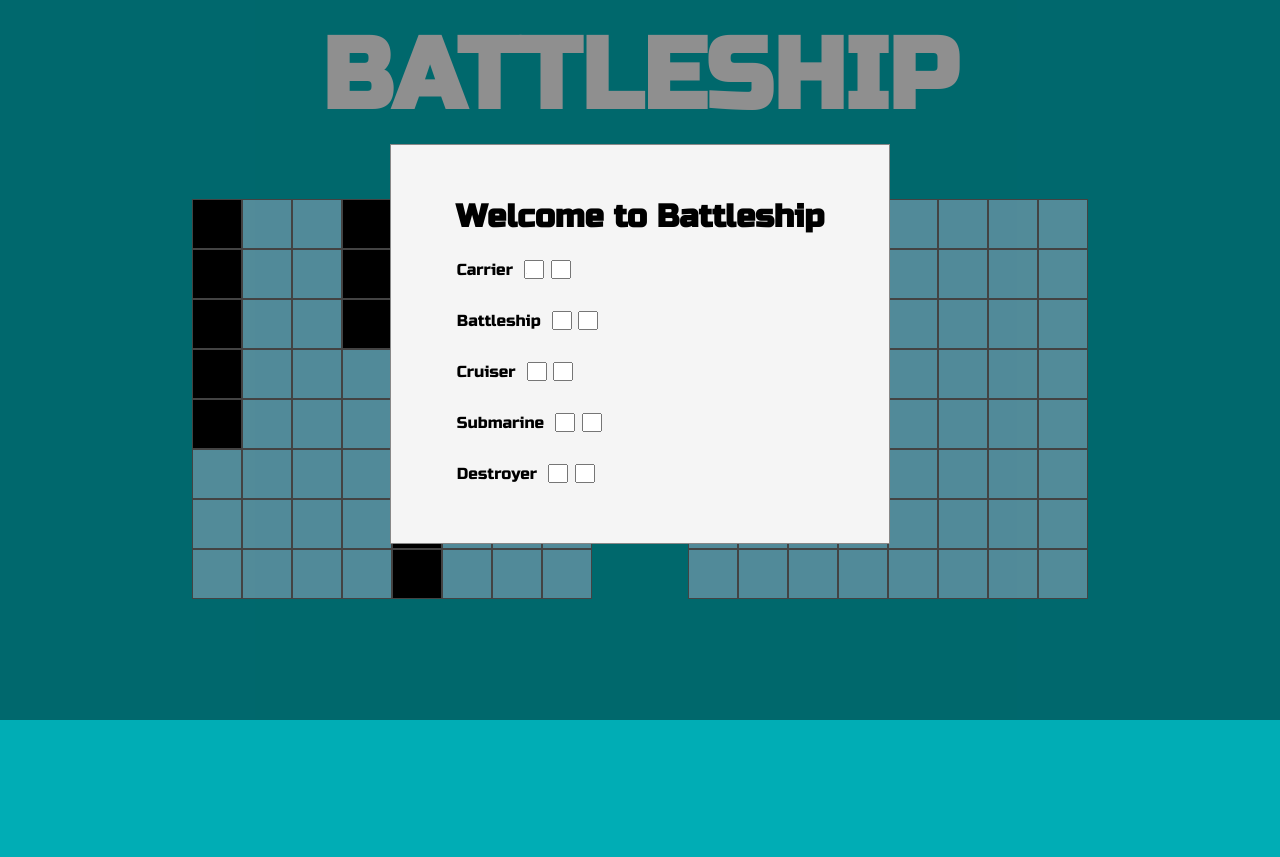
Repository: AzharMoosa/battleship
Page: /
The author's editor kept a copy of each file at every save. The page is drawn from the files as they stood at one save, then again after the next save.
The browser window is 1280 px wide. The pictures show the whole page.
The project was rebuilt for these pictures with package versions that can differ from the ones it lists, and the page was loaded fresh each time.

Above is the page before, as saved 2020-07-09 10:15:34.

### src/App.js
import React from "react";
import Header from "./components/Header";
import Board from "./components/Board";
import { PlayersProvider } from "./context/PlayersContext";
import "./App.css";

function App() {
  return (
    <PlayersProvider>
      <div>
        <Header />
        <Board />
      </div>
    </PlayersProvider>
  );
}

export default App;

### src/components/Header.js
import React from "react";

const Header = () => {
  return (
    <div className='header'>
      <h1>Battleship</h1>
    </div>
  );
};

export default Header;

### src/components/Board.js
import React, { useState, Fragment } from "react";
import Square from "./Square";
import PlainSquare from "./PlainSquare";
import Player from "../functions/Player";
import Gameboard from "../functions/Gameboard";
import Overlay from "./Overlay";
import HitMiss from "./HitMiss";
import PlaceShip from "./PlaceShip";
import { v4 as uuidv4 } from "uuid";

const Board = () => {
  // eslint-disable-next-line
  const [player, setPlayer] = useState(Player(false));
  // eslint-disable-next-line
  const [computer, setComputer] = useState(Player(true));
  const [playerBoard, setPlayerBoard] = useState(Gameboard());
  const [computerBoard, setComputerBoard] = useState(Gameboard());
  const [playerTurn, setPlayerTurn] = useState(true);

  const getOutcome = (hit) => {
    let outcome = document.querySelector(".hit-miss-outcome");
    if (hit === true) {
      outcome.innerHTML = "Hit!";
    } else {
      outcome.innerHTML = "Miss!";
    }
  };

  const startGame = () => {
    playerBoard.placeShip(0, 0, player.ships[0], 1);
    playerBoard.placeShip(4, 4, player.ships[1], 1);
    playerBoard.placeShip(3, 0, player.ships[2], 1);
    playerBoard.placeShip(5, 0, player.ships[3], 1);
    playerBoard.placeShip(7, 0, player.ships[4], 1);

    computerBoard.placeShip(0, 0, computer.ships[0], 0);
    computerBoard.placeShip(4, 2, computer.ships[1], 0);
    computerBoard.placeShip(0, 3, computer.ships[2], 0);
    computerBoard.placeShip(3, 5, computer.ships[3], 0);
    computerBoard.placeShip(0, 7, computer.ships[4], 0);
  };

  const getBoardElm = (elm) => {
    if (elm !== "") {
      return "square ship";
    } else {
      return "square";
    }
  };

  const displayModal = (name) => {
    let modal = document.querySelector(".modal");
    let title = document.querySelector(".winner-name");
    let overlay = document.querySelector(".overlay");
    modal.style.display = "block";
    overlay.style.display = "none";
    if (name === "Computer") {
      title.innerHTML = "Computer Wins";
    } else if (name === "Player") {
      title.innerHTML = "Player Wins";
    }
  };

  const resetGame = () => {
    setPlayer(Player(false));
    setComputer(Player(true));
    setPlayerBoard(Gameboard());
    setComputerBoard(Gameboard());
    setPlayerTurn(true);
    let modal = document.querySelector(".modal");
    let overlay = document.querySelector(".overlay");
    let outcome = document.querySelector(".hit-miss-outcome");
    modal.style.display = "none";
    overlay.style.display = "grid";
    outcome.innerHTML = "";
  };

  const gameOver = () => {
    if (playerBoard.allShipSunk(player.ships)) {
      displayModal("Computer");
    } else if (computerBoard.allShipSunk(computer.ships)) {
      displayModal("Player");
    }
  };

  const attackComputer = (e) => {
    if (playerTurn === true) {
      let updatedBoard = computerBoard;
      // Get Coord
      let coords = e.target.id.split(",");
      let x = coords[1];
      let y = coords[0];
      player.attackEnemy(updatedBoard, parseInt(x), parseInt(y));
      if (computerBoard.grid[x][y] === "") {
        e.target.classList.add("ship-miss");
        getOutcome(false);
      } else {
        e.target.classList.add("ship-hit");
        getOutcome(true);
      }
      setComputerBoard(updatedBoard);
      setPlayerTurn(false);
    }
    computerTurn();
  };

  const computerTurn = () => {
    if (playerTurn === true) {
      let updatedBoard = playerBoard;
      let randomCoords = computer.getRandomCoords();
      let square = document.getElementById(randomCoords);
      let coords = randomCoords.split(",");
      let x = coords[1];
      let y = coords[0];
      computer.computerAttack(updatedBoard, x, y);
      if (playerBoard.grid[x][y] === "") {
        square.classList.add("ship-miss");
      } else {
        square.classList.add("ship-hit");
      }
      gameOver();
      setPlayerBoard(updatedBoard);
      setPlayerTurn(true);
    }
  };

  return (
    <Fragment>
      <PlaceShip />
      <div className='container'>
        <HitMiss />
        <div className='game-boards'>
          {startGame()}
          <div className='game-board'>
            {playerBoard.grid.map((col, j) =>
              col.map((elm, i) => (
                <Square
                  key={uuidv4()}
                  elm={elm}
                  getBoardElm={getBoardElm}
                  id={`${i},${j}`}
                />
              ))
            )}
          </div>

          <div className='comp'>
            <div className='game-board comp-board'>
              {computerBoard.grid.map((col, j) =>
                col.map((elm, i) => (
                  <Square
                    key={uuidv4()}
                    elm={elm}
                    getBoardElm={getBoardElm}
                    attackComputer={attackComputer}
                    id={`${i},${j}`}
                  />
                ))
              )}
            </div>
            <div className='overlay game-board'>
              {computerBoard.grid.map((col, j) =>
                col.map((elm, i) => <PlainSquare key={uuidv4()} />)
              )}
            </div>
          </div>
        </div>
        <Overlay resetGame={resetGame} />
      </div>
    </Fragment>
  );
};

export default Board;

### src/context/PlayersContext.js
import React, { useState, createContext } from "react";
import Player from "../functions/Player";
import Gameboard from "../functions/Gameboard";

export const PlayersContext = createContext();

export const PlayersProvider = (props) => {
  const [players, usePlayers] = useState([
    // Player
    {
      player: Player(false),
      board: Gameboard(),
    },
    // Computer
    {
      player: Player(true),
      board: Gameboard(),
    },
  ]);

  return (
    <PlayersContext.Provider value={[players, usePlayers]}>
      {props.children}
    </PlayersContext.Provider>
  );
};

### src/App.css
@import url("https://fonts.googleapis.com/css2?family=Russo+One&display=swap");

:root {
  --bg-primary: #00adb5;
  --bg-light: #eeeeee;
  --bg-dark: #222831;
}

* {
  margin: 0;
  padding: 0;
  box-sizing: border-box;
}

body {
  font-family: "Russo One", sans-serif;
  background-color: var(--bg-primary);
}

.header {
  text-align: center;
}

.header h1 {
  color: var(--bg-light);
  font-size: 100px;
  text-transform: uppercase;
  margin-top: 1rem;
}

.game-boards {
  display: flex;
  align-items: center;
  justify-content: space-between;
  width: 70%;
  height: 55vh;
  margin: 3rem auto;
}

.game-board {
  display: grid;
  grid-template-columns: repeat(8, 1fr);
  width: 400px;
  height: 400px;
}

.square {
  border: 1px solid #707070;
  background-color: rgb(136, 231, 255);
  width: 50px;
  height: 50px;
  pointer-events: auto !important;
  cursor: pointer;
}

.plain-square {
  border: 1px solid #707070;
  background-color: rgb(136, 231, 255);
  width: 50px;
  height: 50px;
  pointer-events: none !important;
  cursor: pointer;
}

.ship {
  background-color: #000;
}

.ship-hit {
  background-color: rgb(255, 77, 77) !important;
  pointer-events: none !important;
}

.ship-miss {
  background-color: #fff !important;
  pointer-events: none !important;
}

.comp {
  display: grid;
}

.comp-board,
.overlay {
  grid-area: 1 / 1;
}

.container {
  display: flex;
  flex-direction: column;
  height: 100vh;
}

.overlay {
  pointer-events: none;
}

.start {
  /* display: none; */
  position: fixed;
  z-index: 1;
  left: 0;
  top: 0;
  width: 100%;
  height: 100%;
  background-color: rgb(0, 0, 0);
  background-color: rgba(0, 0, 0, 0.4);
}

.start-content {
  background-color: #f5f5f5;
  margin: 20vh auto;
  padding: 20px;
  border: 1px solid #888;
  width: 500px;
  height: 400px;
  display: flex;
  flex-direction: column;
  align-items: center;
  justify-content: center;
}

.coord-inputs {
  display: flex;
  align-items: center;
  width: 80%;
  margin-top: 1rem;
}

.coord-inputs label {
  margin-right: 0.5rem;
}

.coord-input {
  margin: 0.5rem 0.2rem;
  width: 20px;
}

.modal {
  display: none;
  position: fixed;
  z-index: 1;
  left: 0;
  top: 0;
  width: 100%;
  height: 100%;
  background-color: rgb(0, 0, 0);
  background-color: rgba(0, 0, 0, 0.4);
}

.modal-content-results {
  background-color: #f5f5f5;
  margin: 30vh auto;
  padding: 20px;
  border: 1px solid #888;
  width: 400px;
  height: 200px;
  display: flex;
  flex-direction: column;
  align-items: center;
  justify-content: center;
}

.winner-name {
  text-align: center;
  margin-bottom: 2rem;
  font-size: 40px;
}

.btn-primary {
  background-color: var(--bg-dark);
  color: #fff;
  width: 150px;
  height: 50px;
  font-size: 20px;
  border: none;
  outline: none;
  font-family: "Russo One", sans-serif;
  border-radius: 20px;
  cursor: pointer;
}

.hit-miss {
  display: flex;
  align-items: center;
  justify-content: center;
  margin-top: 1rem;
}

.hit-miss-outcome {
  color: #fff;
  font-size: 50px;
}

@media (min-width: 1700px) {
  .game-boards {
    height: 70vh;
    width: 80%;
  }

  .game-board {
    width: 650px;
    height: 650px;
  }

  .square,
  .plain-square {
    width: 81.25px;
    height: 81.25px;
  }
}

@media (max-width: 1200px) {
  .game-boards {
    height: 70vh;
    width: 80%;
    display: flex;
    flex-direction: column;
  }

  .game-board {
    width: 500px;
    height: 500px;
  }

  .comp {
    margin-top: 3rem;
  }

  .square,
  .plain-square {
    width: 62.5px;
    height: 62.5px;
  }
}

@media (max-width: 768px) {
  .header h1 {
    font-size: 60px;
  }

  .game-boards {
    width: 80%;
    display: flex;
    flex-direction: column;
  }

  .game-board {
    width: 400px;
    height: 400px;
  }

  .comp {
    margin-top: 3rem;
  }

  .square,
  .plain-square {
    width: 50px;
    height: 50px;
  }
}

@media (max-width: 414px) {
  .header h1 {
    font-size: 40px;
  }

  .game-boards {
    width: 70%;
    display: flex;
    flex-direction: column;
  }

  .game-board {
    width: 300px;
    height: 300px;
  }

  .comp {
    margin-top: 3rem;
  }

  .square,
  .plain-square {
    width: 37.5px;
    height: 37.5px;
  }

  .modal-content-results {
    width: 300px;
  }

  .winner-name {
    font-size: 35px;
  }

  .btn-primary {
    background-color: var(--bg-dark);
    color: #fff;
    width: 150px;
    height: 50px;
    font-size: 20px;
    border: none;
    outline: none;
    font-family: "Russo One", sans-serif;
    border-radius: 20px;
    cursor: pointer;
  }
}

@media (max-width: 375px) {
  .header h1 {
    font-size: 35px;
  }

  .game-boards {
    width: 70%;
    display: flex;
    flex-direction: column;
  }

  .game-board {
    width: 280px;
    height: 280px;
  }

  .comp {
    margin-top: 3rem;
  }

  .square,
  .plain-square {
    width: 35px;
    height: 35px;
  }
}

@media (max-width: 320px) {
  .modal-content-results {
    width: 250px;
  }

  .winner-name {
    font-size: 30px;
  }
}

### src/components/Square.js
import React from "react";

const Square = ({ elm, attackComputer, getBoardElm, id }) => {
  return (
    <div className={getBoardElm(elm)} id={id} onClick={attackComputer}></div>
  );
};

export default Square;

### src/components/PlainSquare.js
import React from "react";

const PlainSquare = () => {
  return <div className='plain-square'></div>;
};

export default PlainSquare;

### src/functions/Player.js
import Ship from "./Ship";

const Player = (ai) => {
  let previousShots = [];

  // Create Ships
  let carrier = Ship("Carrier", 5);
  let battleship = Ship("Battleship", 4);
  let cruiser = Ship("Cruiser", 3);
  let submarine = Ship("Submarine", 3);
  let destroyer = Ship("Destroyer", 2);
  let ships = [carrier, battleship, cruiser, submarine, destroyer];

  const attackEnemy = (enemyBoard, x, y) => {
    if (!previousShots.includes([x, y])) {
      enemyBoard.receiveAttack(x, y);
      previousShots.push([parseInt(x), parseInt(y)]);
      return true;
    }
    return false;
  };

  const checkCoord = (x, y) => {
    previousShots.forEach((coords) => {
      if (
        parseInt(coords[1]) === parseInt(x) &&
        parseInt(coords[0]) === parseInt(y)
      ) {
        return true;
      }
    });
    return false;
  };

  const getRandomCoords = (gameboard) => {
    let maximum = 7;
    let minimum = 0;
    let x = 0;
    let y = 0;

    do {
      x = Math.floor(Math.random() * (maximum - minimum + 1)) + minimum;
      y = Math.floor(Math.random() * (maximum - minimum + 1)) + minimum;
    } while (checkCoord(x, y));
    return `${x},${y}`;
  };

  const computerAttack = (enemyBoard, x, y) => {
    enemyBoard.receiveAttack(x, y);
    previousShots.push([x, y]);
  };

  return { previousShots, ships, attackEnemy, computerAttack, getRandomCoords };
};

export default Player;

### src/functions/Gameboard.js
const Gameboard = () => {
  let previousShots = [];
  const grid = new Array(8).fill("");
  for (let i = 0; i < grid.length; i++) {
    grid[i] = new Array(8).fill("");
  }

  const getGrid = () => {
    return grid;
  };

  const getPreviousShots = () => {
    return previousShots;
  };

  const placeShip = (x, y, ship, orientation) => {
    // Horizontal Orientation = 0
    // Vertical Orientation = 1

    // Check If Ship Fits
    let shipLength = ship.length;

    if (orientation === 0) {
      for (let i = x; i < x + ship.length; i++) {
        if (grid[y][i] !== "" || x + shipLength > 8) {
          return false;
        }
        grid[y][i] = ship;
        ship.setShipCoords(y, i);
      }
    } else if (orientation === 1) {
      for (let i = y; i < y + ship.length; i++) {
        if (grid[i][x] !== "" || y + shipLength > 8) {
          return false;
        }
        grid[i][x] = ship;
        ship.setShipCoords(i, x);
      }
    }
    return true;
  };

  const flatten = (arr) => {
    return arr.join(" |-| ");
  };

  const receiveAttack = (x, y) => {
    // Check if ship is at position
    if (grid[x][y] !== "") {
      let ship = grid[x][y];
      let shipCoords = ship.getShipCoords();
      let arrSearch = shipCoords.map((row) => {
        return flatten(row);
      });
      let pos = arrSearch.indexOf(flatten([x, y]));
      if (!ship.isHit(pos)) {
        ship.hit(pos);
        return true;
      }
    }
    previousShots.push([x, y]);
    return false;
  };

  const allShipSunk = (ships) => {
    for (let i = 0; i < ships.length; i++) {
      if (!ships[i].isSunk()) {
        return false;
      }
    }

    return true;
  };

  return {
    grid,
    previousShots,
    getGrid,
    placeShip,
    receiveAttack,
    getPreviousShots,
    allShipSunk,
  };
};

export default Gameboard;

### src/components/Overlay.js
import React from "react";

const Overlay = ({ resetGame }) => {
  return (
    <div className='modal'>
      <div className='modal-content-results'>
        <h1 className='winner-name'>Player Wins</h1>
        <button className='btn-primary' onClick={resetGame}>
          Restart
        </button>
      </div>
    </div>
  );
};

export default Overlay;

### src/components/HitMiss.js
import React from "react";

const HitMiss = () => {
  return (
    <div className='hit-miss'>
      <h1 className='hit-miss-outcome'>{}</h1>
    </div>
  );
};

export default HitMiss;

### src/components/PlaceShip.js
import React, { useState } from "react";

const PlaceShip = () => {
  const [carrierX, setCarrierX] = useState("");
  const [carrierY, setCarrierY] = useState("");
  const [battleshipX, setBattleshipX] = useState("");
  const [battleshipY, setBattleshipY] = useState("");
  const [cruiserX, setCruiserX] = useState("");
  const [cruiserY, setCruiserY] = useState("");
  const [submarineX, setSubmarineX] = useState("");
  const [submarineY, setSubmarineY] = useState("");
  const [destroyerX, setDestroyerX] = useState("");
  const [destroyerY, setDestroyerY] = useState("");

  return (
    <div className='start'>
      <div className='start-content'>
        <h1>Welcome to Battleship</h1>
        <div className='coord-inputs'>
          <label htmlFor='carrier'>Carrier</label>
          <input
            type='number'
            onChange={(e) => setCarrierX(e.target.value)}
            className='coord-input'
            placeholder='X'
          />
          <input
            type='text'
            onChange={(e) => setCarrierY(e.target.value)}
            className='coord-input'
          />
        </div>
        <div className='coord-inputs'>
          <label htmlFor='battleship'>Battleship</label>
          <input
            type='text'
            onChange={(e) => setBattleshipX(e.target.value)}
            className='coord-input'
          />
          <input
            type='text'
            onChange={(e) => setBattleshipY(e.target.value)}
            className='coord-input'
          />
        </div>
        <div className='coord-inputs'>
          <label htmlFor='cruiser'>Cruiser</label>
          <input
            type='text'
            onChange={(e) => setCruiserX(e.target.value)}
            className='coord-input'
          />
          <input
            type='text'
            onChange={(e) => setCruiserY(e.target.value)}
            className='coord-input'
          />
        </div>
        <div className='coord-inputs'>
          <label htmlFor='submarine'>Submarine</label>
          <input
            type='text'
            onChange={(e) => setSubmarineX(e.target.value)}
            className='coord-input'
          />
          <input
            type='text'
            onChange={(e) => setSubmarineY(e.target.value)}
            className='coord-input'
          />
        </div>
        <div className='coord-inputs'>
          <label htmlFor='destroyer'>Destroyer</label>
          <input
            type='text'
            onChange={(e) => setDestroyerX(e.target.value)}
            className='coord-input'
          />
          <input
            type='text'
            onChange={(e) => setDestroyerY(e.target.value)}
            className='coord-input'
          />
        </div>
      </div>
    </div>
  );
};

export default PlaceShip;

### src/functions/Ship.js
const Ship = (name, length) => {
  // Fills ship with false
  const ship = new Array(length).fill(false);
  let shipCoords = [];

  // Hit
  const hit = (pos) => (ship[pos] = true);

  // If Ship Sunk
  const isSunk = () => {
    return ship.every((v) => v === true);
  };

  const isHit = (pos) => {
    return ship[pos] === true ? true : false;
  };

  // Returns ship
  const getShip = () => {
    return ship;
  };

  const setShipCoords = (x, y) => {
    shipCoords.push([x, y]);
  };

  const getShipCoords = () => {
    return shipCoords;
  };

  return {
    name,
    ship,
    length,
    hit,
    isSunk,
    isHit,
    getShip,
    setShipCoords,
    getShipCoords,
  };
};

export default Ship;

Loaded but not shown: public/index.html (common file); src/index.js (common file)

After the next save:
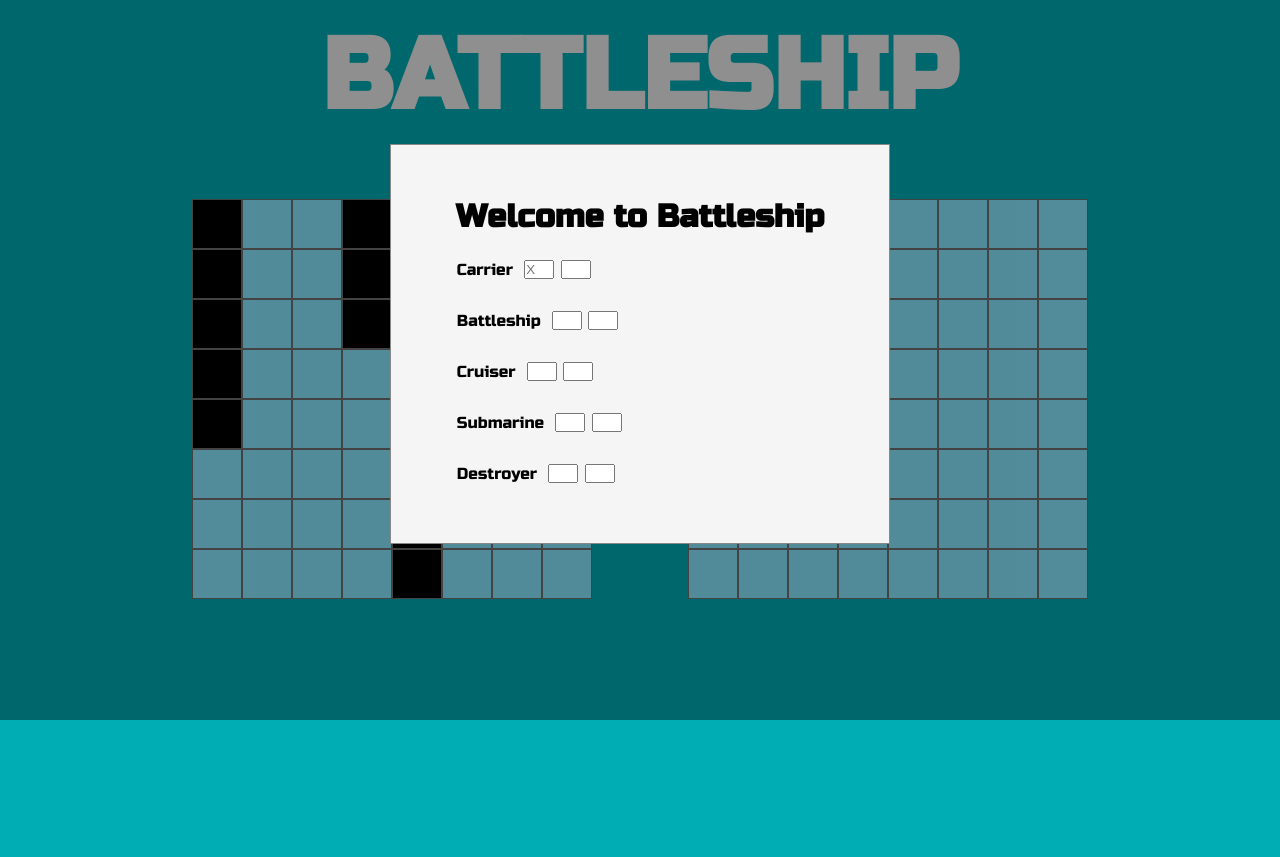
Saved 2 s later.
--- a/src/App.css
+++ b/src/App.css
@@ -133,7 +133,7 @@ body {
 
 .coord-input {
   margin: 0.5rem 0.2rem;
-  width: 20px;
+  width: 30px;
 }
 
 .modal {
